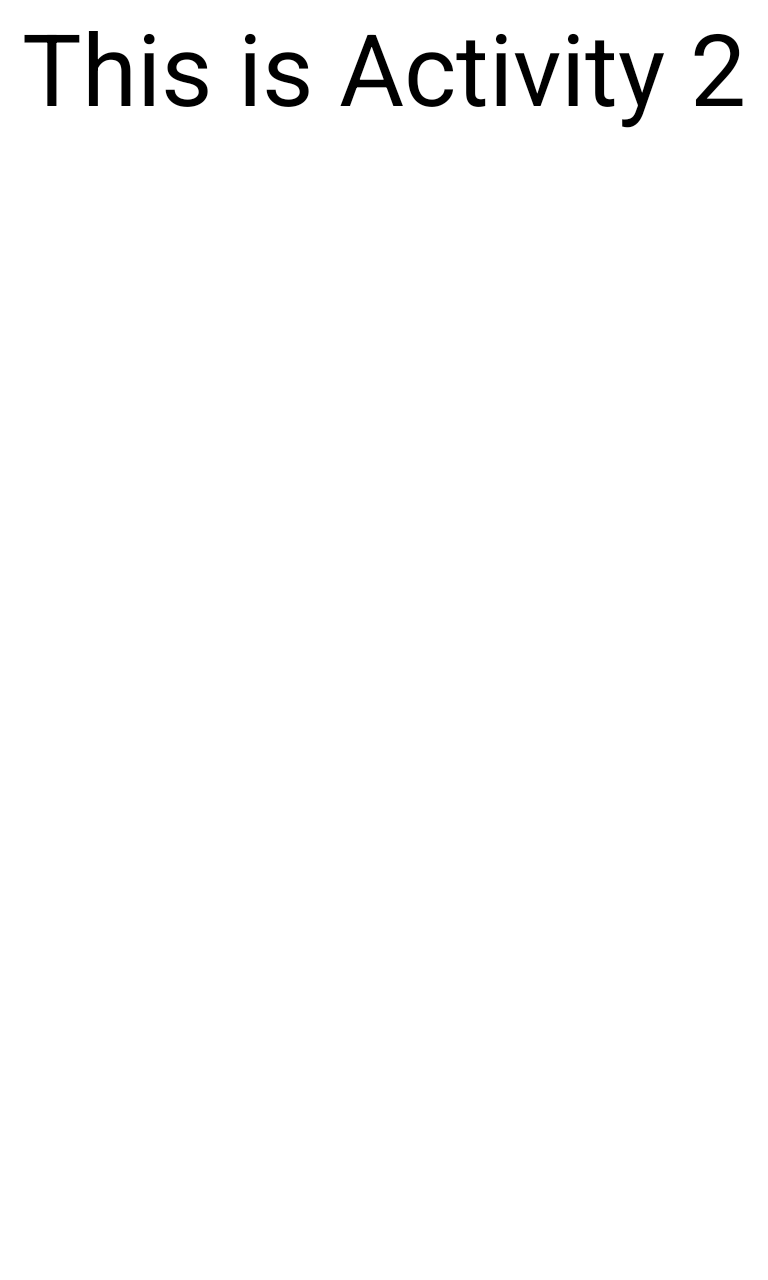
Repository: Stamenov96/NeuralNetowork
Layout: DigitRecognition/res/layout/about.xml
These files come from the project's save history. The layout is drawn as it stood at one moment and after the next save; the edit follows.
It is drawn on a 768 x 1280 px phone screen (xhdpi) without system bars, with theme AppTheme; the app's code is not run.

Above is the layout before, as saved 2015-02-13 15:27:21.

### DigitRecognition/res/layout/about.xml
<?xml version="1.0" encoding="utf-8"?>
<LinearLayout xmlns:android="http://schemas.android.com/apk/res/android"
    android:layout_width="fill_parent"
    android:layout_height="fill_parent"
    android:background="#ffffff"
    android:orientation="vertical" >

    <TextView
        android:layout_width="fill_parent"
        android:layout_height="wrap_content"
        android:text="This is Activity 2"
        android:textSize="50dp"
        android:gravity="center_horizontal"
        android:textColor="#000000" />

    <Button
        android:id="@+id/Button02"
 		android:layout_width="fill_parent"
		android:layout_marginLeft="10dip"
		android:layout_marginRight="10dip"
        android:text="Previous"
        android:gravity="center_horizontal"
        android:textSize="30px" />

</LinearLayout>

Loaded but not shown: DigitRecognition/res/values/styles.xml (common file); DigitRecognition/res/values-v11/styles.xml (common file); DigitRecognition/res/values-v14/styles.xml (common file)

After the next save:
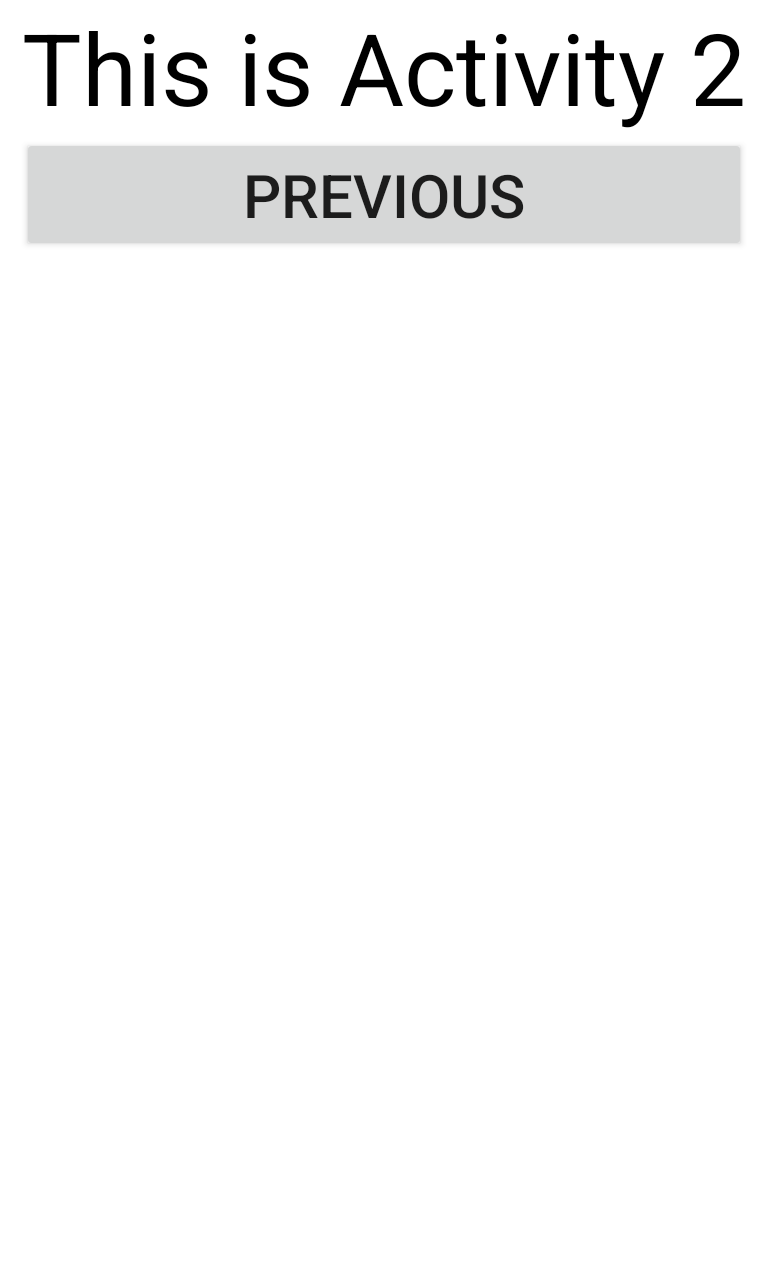
Saved 56 s later.
--- a/DigitRecognition/res/layout/about.xml
+++ b/DigitRecognition/res/layout/about.xml
@@ -8,18 +8,19 @@
     <TextView
         android:layout_width="fill_parent"
         android:layout_height="wrap_content"
+        android:gravity="center_horizontal"
         android:text="This is Activity 2"
-        android:textSize="50dp"
-        android:gravity="center_horizontal"
-        android:textColor="#000000" />
+        android:textColor="#000000"
+        android:textSize="50dp" />
 
     <Button
         android:id="@+id/Button02"
- 		android:layout_width="fill_parent"
-		android:layout_marginLeft="10dip"
-		android:layout_marginRight="10dip"
+        android:layout_width="fill_parent"
+        android:layout_height="wrap_content"
+        android:layout_marginLeft="10dip"
+        android:layout_marginRight="10dip"
+        android:gravity="center_horizontal"
         android:text="Previous"
-        android:gravity="center_horizontal"
-        android:textSize="30px" />
+        android:textSize="30dp" />
 
 </LinearLayout>
